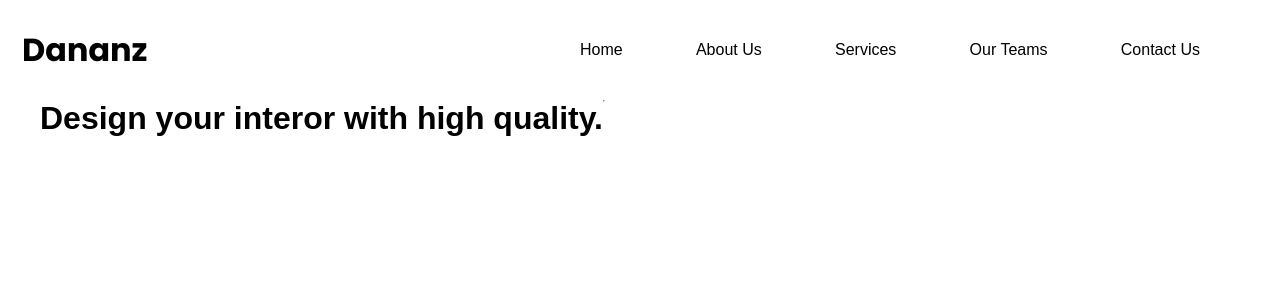
Repository: AsadKasimov/disain
Page: index.html
These files come from the project's save history. The page is drawn as it stood at one moment and after the next save; the edit follows.
The browser window is 1280 px wide. The pictures show the whole page.

Above is the page before, as saved 2023-04-20 01:04:28.

After the next save:
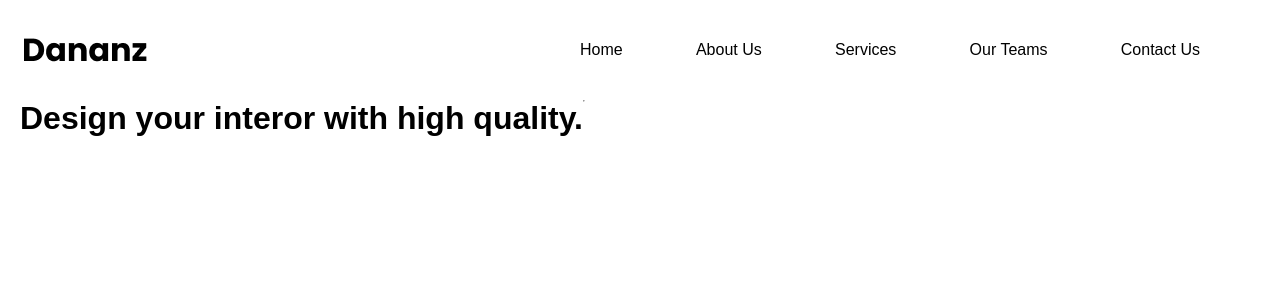
Saved 7 s later.
--- a/style.css
+++ b/style.css
@@ -115,7 +115,7 @@ h1 {
 .menu{
   display: flex;
   justify-content: flex-start;
-  padding: 0 40px;
+  padding: 0 20px;
 }
 
 .text-menu{
